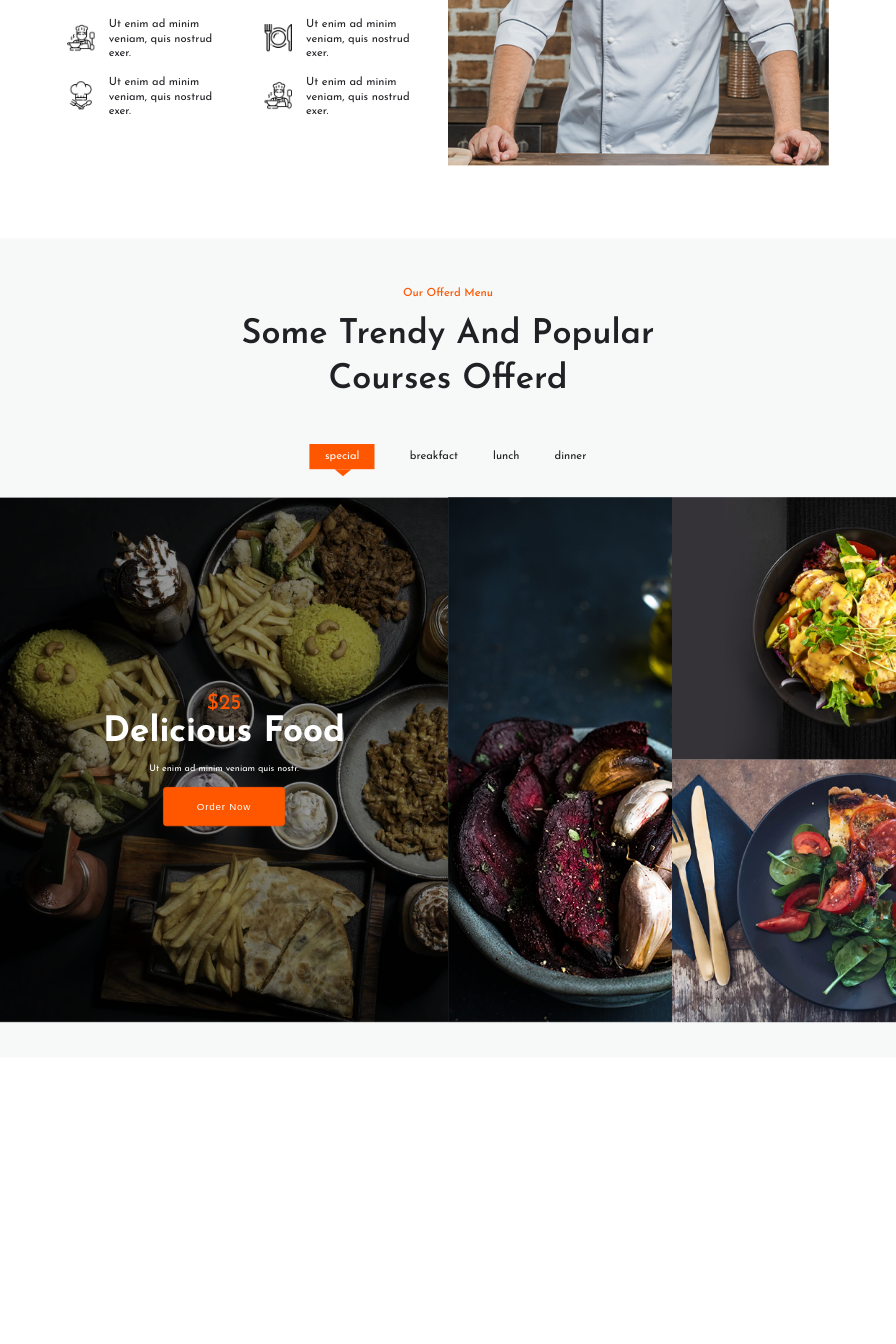
Repository: Ebtehal18/food
Page: index.html
An editor plug-in stored every save of this project. The page is shown before and after the next save, followed by the edit.
The browser window is 1280 px wide. The pictures show the part of the page from y = 1595 to 3515 px (the page is 10000 px tall), at 70% of full size.

Above is the page before, as saved 2024-01-18 15:08:26.

### index.html
<!DOCTYPE html>
<html lang="en">
  <head>
    <meta charset="UTF-8" />
    <meta name="viewport" content="width=device-width, initial-scale=1.0" />
    <title>Food All</title>
    <link rel="preconnect" href="https://fonts.googleapis.com">
    <link rel="preconnect" href="https://fonts.gstatic.com" crossorigin>
    <link href="https://fonts.googleapis.com/css2?family=Josefin+Sans:wght@200;300;400;500;600;700&display=swap" rel="stylesheet">
    <link rel="stylesheet" href="asessets/css/style.css" />
    <link rel="stylesheet" href="asessets/css/External/all.min.css" />
  </head>
  <body>
    <!-- nav bar -->
    <header class="header">
      <div class="logo"><img src="asessets/imgs/logo.png" alt="logo" /></div>
      <label for="checkbox"><i class="fa-solid fa-bars"></i></label>
      <input type="checkbox" id="checkbox">
      <nav class="nav">
        <ul class="nav-list">
          <li class="list-item"><a href="#">Home</a></li>
          <li class="list-item"><a href="#">About</a></li>
          <li class="list-item"><a href="#">Menu</a></li>
          <li class="list-item">
            <a href="#">Blog</a>
            <ul class="dropdown-list">
              <li class="dropdown-item"><a href="#">Blog</a></li>
              <li class="dropdown-item"><a href="#">Blog Details</a></li>
              <li class="dropdown-item"><a href="#">Element</a></li>
            </ul>
          </li>
          <li class="list-item"><a href="#">Contact</a></li>
        </ul>
      </nav>
      <button class="btn btn-nav">Order Online</button>
    </header>

    <!-- hero -->

    <section class="hero">
      <div class="container">
        <div class="row">
         <div class="hero-content">
           <span class="span">Discover Your Teste</span>
          <h1>We belive good food offer great smile</h1>
          <p>
            Ut enim ad minim veniam, quis nostrud exercitation ullamco laboris
            nisi ut aliquip ex ea commodo consequat is aute irure.
          </p>
          <button class="btn-hero">Resurvation</button>
        </div>
          </div>
        </div>
      </div>
    </section>

  <!-- about -->
    <section class="about">
      <div class="container">
        <div class="row">
        <div class="about-content">
          <span class="span">Discover Your Teste</span>
          <h2>We Provide Good Food For Your Family!</h2>
          <p>Ut enim acgsd minim veniam, quxcis nostrud exercitation ullamco laboris nisi ufsit aliquip ex ea commodo consequat is aute irure m, quis nostrud exer.</p>
          <div class="row">
        <div class="about-detail">
          <div class="about-icon">
            <img src="asessets/imgs/cooking.png" alt="cooking">
          </div>
        <p>Ut enim ad minim veniam, quis nostrud exer.</p>
      </div>
        <div class="about-detail">
          <div class="about-icon">
            <img src="asessets/imgs/restaurant.png" alt="cooking">
          </div>
        <p>Ut enim ad minim veniam, quis nostrud exer.</p>
      </div>
        <div class="about-detail">
          <div class="about-icon">
            <img src="asessets/imgs/chef.png" alt="cooking">
          </div>
        <p>Ut enim ad minim veniam, quis nostrud exer.</p>
      </div>
        <div class="about-detail">
          <div class="about-icon">
            <img src="asessets/imgs/cooking.png" alt="cooking">
          </div>
        <p>Ut enim ad minim veniam, quis nostrud exer.</p>
      </div>
          </div>
        </div>
        <div class="about-img">
          <img src="asessets/imgs/about.png" alt="chef's img">
        </div>
        </div>
      </div>
    </section>
    <!-- menu -->
    <section class="menu">
      <div class="container">
        <div class="menu-heading">
          <span class="span">Our Offerd Menu</span>
          <h2>Some Trendy And Popular Courses Offerd</h2>
          <ul class="list-menu">
            <li class="meanu-item"><a href="#">special</a></li>
            <li  class="meanu-item"><a href="#">breakfact</a></li>
            <li  class="meanu-item"><a href="#">lunch</a></li>
            <li  class="meanu-item"><a href="#">dinner</a></li>
          </ul>
        </div>


      </div>
      <div class="grid-menu">
        <div class="menu-img">
          <div class="overlay">
            <span class="span">$25</span>
            <h2>Delicious Food</h2>
            <p>Ut enim ad minim veniam quis nostr.</p>
            <button class="btn-hero">Order Now</button>
          </div>
        </div>
        <div class="menu-img"></div>
        <div class="menu-img"></div>
        <div class="menu-img"></div>

      </div>
    </section>

  </body>
</html>

### asessets/css/style.css
/*
=======================================================
          public styles
======================================================= */
*,
*::after,
*::before {
  margin: 0;
  padding: 0;
  box-sizing: border-box;
}
html,
body {
  overflow-x: hidden;
}
body {
  font-family: "Josefin Sans", sans-serif;
  color: #141517;
  height: 10000px;
}
a {
  text-decoration: none;
}
li {
  list-style: none;
}
.container {
  width: 85%;
  margin: auto;
}
.row {
  display: flex;
  justify-content: space-between;
  align-items: flex-start;
}
.span {
  color: #ff5600;
  font-size: 16px;
  font-weight: 500;
  display: inline-block;
}

@media (max-width: 767px) {
  .row {
    flex-flow: column wrap;
  }
}

/*
=====================================================
            end public styles
=====================================================
 */

/* ===============
        navbar
 ================= */
.header {
  z-index: 999;
  display: flex;
  background-color: #fff;
  position: fixed;
  justify-content: space-around;
  align-items: center;
  top: 0;
  padding: 20px 65px;
  width: 100%;
}
.header .logo {
  width: 46%;
}
.header .nav .nav-list .list-item {
  padding: 0 30px;
  display: inline-block;
}
.header .nav .nav-list .list-item a {
  color: #141517;
  font-weight: 400;
  font-size: 16px;
  text-decoration: none;
}
.header .nav .nav-list .list-item a:hover {
  color: #ff5600;
}
.header .nav .nav-list .list-item:nth-child(4) {
  position: relative;
}
.header .nav .list-item .dropdown-list {
  padding: 10px 15px;
  background-color: #fff;
  position: absolute;
  top: 44px;
  left: -4px;
  opacity: 0;
  transition: all 0.4s ease-in;
  -webkit-transition: all 0.4s ease-in;
  -moz-transition: all 0.4s ease-in;
  -ms-transition: all 0.4s ease-in;
  -o-transition: all 0.4s ease-in;
}
.header .nav .nav-list .list-item:nth-child(4):hover .dropdown-list {
  opacity: 1;
  top: 63px;
}

.header .nav .list-item .dropdown-list li {
  width: 140px;
  display: inline-block;
  margin-bottom: 20px;
}
.header .btn {
  position: relative;
  z-index: 1;
  cursor: pointer;
  color: #464d65;
  outline: none;
  border: 1px solid #ff5600;
  font-size: 14px;
  font-weight: 500;
  background-color: transparent;
  padding: 19px 47px;
  border-radius: 5px;
  -webkit-border-radius: 5px;
  -moz-border-radius: 5px;
  -ms-border-radius: 5px;
  -o-border-radius: 5px;
  transition: all 0.4s ease-in;
  -webkit-transition: all 0.4s ease-in;
  -moz-transition: all 0.4s ease-in;
  -ms-transition: all 0.4s ease-in;
  -o-transition: all 0.4s ease-in;
}
.header .btn::before {
  background-color: #ff5600;
  position: absolute;
  content: "";
  top: 0;
  left: 0;
  height: 0%;
  width: 100%;
  z-index: -1;
  transition: all 0.4s ease-in;
  -webkit-transition: all 0.4s ease-in;
  -moz-transition: all 0.4s ease-in;
  -ms-transition: all 0.4s ease-in;
  -o-transition: all 0.4s ease-in;
}
.header .btn:hover {
  color: #fff;
}
.header .btn:hover::before {
  height: 100%;
}
.header input,
label {
  display: none;
}
@media (max-width: 1100px) {
  .header .logo {
    width: 20%;
  }
}

@media (max-width: 991px) {
  .header {
    justify-content: space-between;
    padding: 10px 20px;
  }
  .header .logo {
    width: 84%;
  }
  .header nav .nav-list {
    display: none;
  }
  .header .nav-list {
    padding: 20px 0;
    left: 0;
    right: 0;
    background-color: #ffb400fa;
    position: absolute;
    top: 100%;
  }

  .header .nav .nav-list .list-item {
    margin-bottom: 20px;
    padding: 0 30px;
    display: block;
  }
  .header .nav .nav-list .list-item a {
    color: #fff;
  }

  .header .nav .nav-list .list-item:nth-child(4):hover .dropdown-list {
    border-radius: 5px;
    left: 30px;
    top: 23px;
    background-color: #ff5600;
    -webkit-border-radius: 5px;
    -moz-border-radius: 5px;
    -ms-border-radius: 5px;
    -o-border-radius: 5px;
  }
  .header .nav .list-item .dropdown-list li {
    display: block;
  }
  .header .nav .list-item .dropdown-list a,
  .header .nav .list-item .dropdown-list a:hover {
    color: #fff;
  }
  .header .btn {
    display: none;
  }
  .header label {
    display: block;
  }
  .header label i {
    font-size: 24px;
  }
  .header input:checked + nav .nav-list {
    display: block;
  }
}

/* ===============
       end  navbar
 ================= */
/* ===============
       hero
 ================= */
.hero {
  display: flex;
  width: 100%;
  height: 1080px;
  background-image: url(../imgs/h1_hero.png);
  background-size: cover;
  background-position: bottom;
}

/* .hero .hero-content {
  margin-top: -237px;
} */

.hero .hero-content h1 {
  margin-top: 40px;
  font-weight: 700;
  color: #212025;
  font-size: 87px;
  width: 80%;
  line-height: 1.4;
}
.hero .hero-content p {
  font-weight: 400;
  margin-bottom: 30px;
  line-height: 1.3;
  width: 44%;
  color: #212025;
  font-size: 16px;
}
 .btn-hero {
  letter-spacing: 1.1px;
  position: relative;
  z-index: 1;
  cursor: pointer;
  color: #fff;
  outline: none;
  border: 1px solid #ff5600;
  font-size: 14px;
  font-weight: 500;
  background-color: #ff5600;
  padding: 19px 47px;
  border-radius: 5px;
  -webkit-border-radius: 5px;
  -moz-border-radius: 5px;
  -ms-border-radius: 5px;
  -o-border-radius: 5px;
  transition: all 0.4s ease-in;
  -webkit-transition: all 0.4s ease-in;
  -moz-transition: all 0.4s ease-in;
  -ms-transition: all 0.4s ease-in;
  -o-transition: all 0.4s ease-in;
}
 .btn-hero::before {
  z-index: -1;
  content: "";
  background-color: rgba(0, 0, 0, 0.6);
  top: 0;
  left: 0;
  width: 0;
  height: 100%;
  position: absolute;
  transition: all 0.4s;
  -webkit-transition: all 0.4s;
  -moz-transition: all 0.4s;
  -ms-transition: all 0.4s;
  -o-transition: all 0.4s;
}
.btn-hero:hover::before {
  filter: grayscale(50%);
  width: 100%;
  -webkit-filter: grayscale(50%);
}
@media (max-width: 1100px) {
  .hero .hero-content {
    margin: 0;
  }
  .hero .hero-content h1 {
    font-size: 60px;
  }
}

@media (max-width: 991px) {
  .hero {
    height: 700px;
  }
  .hero .hero-content {
    margin: 0;
    padding: 206px 0 100px;
  }
  .hero .hero-content .span {
    margin-bottom: 40px;
  }
  .hero .hero-content h1 {
    width: 88%;
    font-size: 50px;
    margin-bottom: 40px;
  }
  .hero .hero-content p {
    line-height: 1.4;
    width: 74%;
  }
}

@media (max-width: 767px) {
  .hero {
    height: 600px;
  }
  .hero .hero-content {
    padding: 100px 0 0;
    margin: 0;
  }
  .hero .hero-content span {
    margin-bottom: 20px;
  }
  .hero .hero-content h1 {
    font-size: 27px;
    width: 100%;
    margin-bottom: 30px;
  }
  .hero .hero-content p {
    margin-bottom: 20px;
    width: 100%;
  }
}

/* about */
.about {
  padding: 100px 0;
}
.about .container .row {
  align-items: center;
}
.about .about-content {
  width: 50%;
}
.about .about-content h2 {
  margin: 15px 0 20px;
  color: #212025;
  font-size: 49px;
  font-weight: 600;
  line-height: 1.4;
  width: 83%;
}
.about .about-content p {
  width: 77%;
  color: #212025;
  font-size: 16px;
  font-weight: 400;
  line-height: 1.3;
}
.about .about-content .row {
  margin-top: 50px;
  display: grid;
  grid-template-columns: repeat(2, 1fr);
  gap: 20px;
}
.about .about-content .row .about-detail {
  display: flex;
  gap: 20px;
  align-items: center;
}
.about .about-content .row .about-detail p {
  width: 69%;
}

.about .row .about-detail .about-icon {
  width: 15%;
}
.about .row .about-detail .about-icon img,
.about .about-img img {
  width: 100%;
}
.about .about-img {
  width: 50%;
}
@media (max-width: 991px) {
  .about {
    padding: 50px 0;
  }
  .about .row {
    flex-flow: row wrap;
  }
  .about .about-content {
    width: 100%;
  }
  .about .about-content h2 {
    width: 100%;
    font-size: 27px;
  }
  .about .about-content .row {
    margin-top: 25px;
    display: grid;
    grid-template-columns: repeat(2, 1fr);
    gap: 20px;
  }
  .about .about-img {
    margin-top: 20px;
    width: 100%;
  }
}

@media (max-width: 767px) {
  .about {
    padding: 40px 0;
  }
  .about .about-content {
    width: 100%;
  }
  .about .about-content h2 {
    width: 100%;
    font-size: 27px;
  }
  .about .about-content .row {
    margin-top: 25px;
    display: grid;
    grid-template-columns: repeat(1, 1fr);
    gap: 20px;
  }
  .about .about-img {
    margin-top: 20px;
    width: 100%;
  }
}
/* menu */
.menu {
  background-image: url(../imgs/section_bg01.png);
  background-size: cover;
  background-position: center center;
  padding: 70px 0 50px;
}
.menu .menu-heading {
  text-align: center;
}
/* .menu .menu-heading span {
  margin-bottom: 20px;
} */
.menu .menu-heading h2 {
  line-height: 1.3;
  margin: auto;
  width: 59%;
  color: #212025;
  font-size: 49px;
  font-weight: 600;
  margin-top: 20px;
}
.menu .menu-heading .list-menu {
  margin-top: 70px;
  display: flex;
  justify-content: center;
  gap: 50px;
}
}
.menu .menu-heading .list-menu li a{
  text-transform: uppercase;

}

.menu .menu-heading .list-menu li:not(:first-child) a {
  z-index: 1;
  font-weight: 400;
  font-size: 16px;
  color: #1b1b1b;
  text-decoration: none;
}

.menu .menu-heading .list-menu li:first-child a {
  background-color: #ff5600;
  padding: 10px 22px;
  position: relative;
  color: #fff;
}
.menu .menu-heading .list-menu li:first-child a::before {
  top: 36px;
  left: 38%;
  content: "";
  position: absolute;
  width: 0;
  height: 0;
  border-bottom: 12px solid transparent;
  border-top: 10px solid #ff5600;
  border-left: 12px solid transparent;
  border-right: 12px solid transparent;
}



.menu .grid-menu{
  margin-top: 50px;
  display: grid;
  grid-template-columns: repeat(4,1fr);
  grid-template-rows: repeat(2,1fr);
}
.menu .grid-menu .menu-img {
  overflow: hidden;
  position: relative;
}
.menu .grid-menu .menu-img .overlay{
 width: 100%;
 height: 100%;
 display: flex;
 align-items: center;
 justify-content: center;
 flex-direction: column;
 position: absolute;
 z-index: 1;
 text-align: center;
  background-color: rgba(0, 0, 0, 0.4);
 /* opacity: 0; */
 transition:all 0.3s ease-in ;
 -webkit-transition:all 0.3s ease-in ;
 -moz-transition:all 0.3s ease-in ;
 -ms-transition:all 0.3s ease-in ;
 -o-transition:all 0.3s ease-in ;
 /* bottom: -750px; */
}
.menu .grid-menu .menu-img:hover .overlay{
  bottom: 0;
  opacity: 1;
}
.menu .grid-menu .menu-img .overlay .span{
  font-size: 30px;
}
.menu .grid-menu .menu-img .overlay h2{
  color: #fff;
font-size: 50px;
font-weight: 700;
margin-bottom: 20px;

}
.menu .grid-menu .menu-img .overlay p{
      margin-bottom: 20px;
      color: #fff;
      font-size: 13px;
}

.menu .grid-menu .menu-img:nth-child(1){
  grid-column: 1/3;
  grid-row: 1/-1;
  background-image: url(../imgs/gallery1.png);
  background-size: cover;
  background-position: bottom;
  min-height: 730px;
}

.menu .grid-menu .menu-img:nth-child(2){
  background-image: url(../imgs/gallery2.png);
  background-size: cover;
  background-position: left;
  min-height: 730px;
  grid-row: 1/-1;

}
.menu .grid-menu .menu-img:nth-child(3) {
  background-image: url(../imgs/gallery3.png);
  background-size: cover;
  background-position: left;
  min-height: 375px;

}
.menu .grid-menu .menu-img:nth-child(4) {
  background-image: url(../imgs/gallery4.png);
  background-size: cover;
  background-position: left;
  min-height: 375px;
}
.menu .grid-menu .menu-img:nth-child(1):hover{


}

Loaded but not shown: asessets/css/External/all.min.css (library)

After the next save:
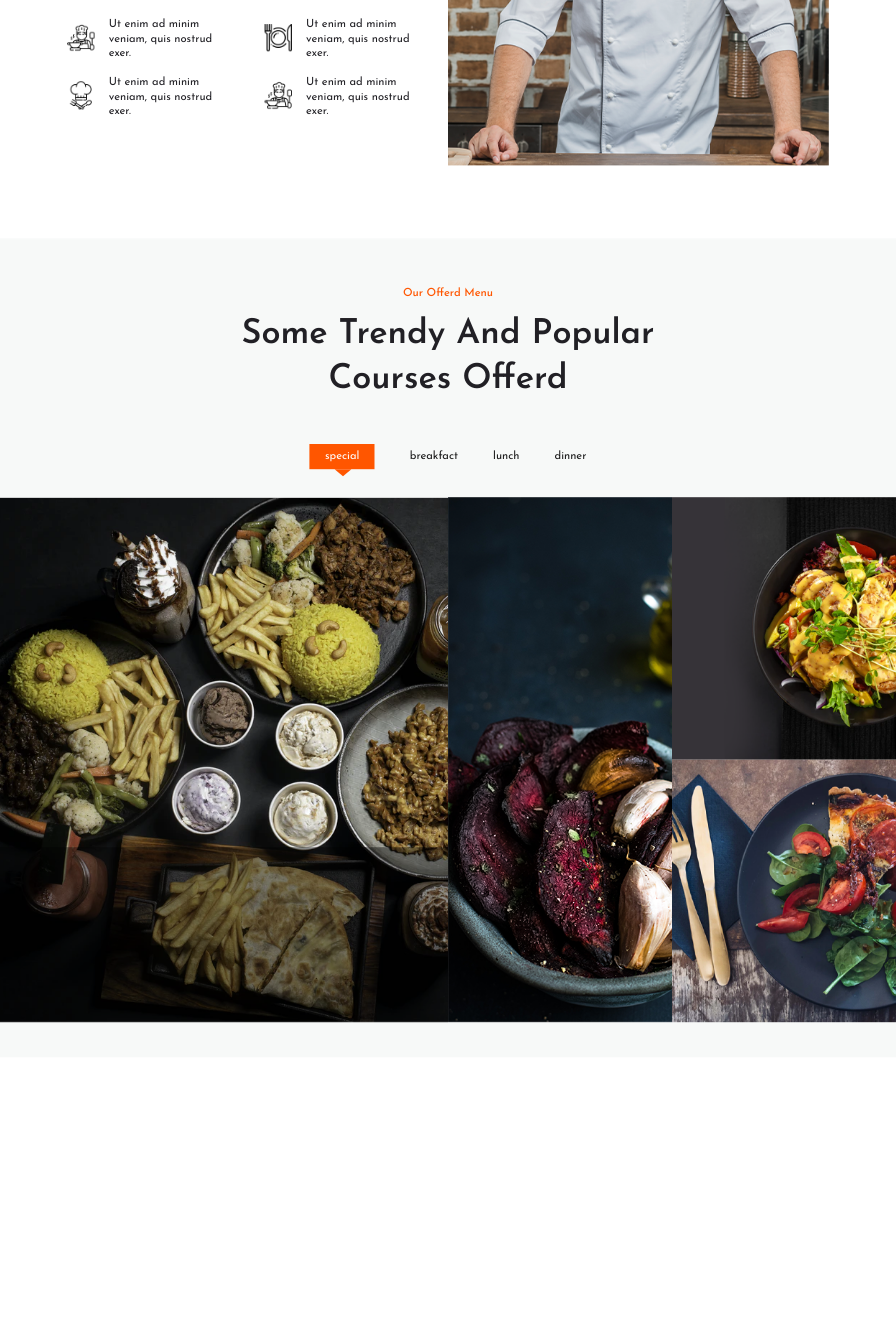
Saved 2 min 20 s later.
--- a/asessets/css/style.css
+++ b/asessets/css/style.css
@@ -540,12 +540,23 @@
  -moz-transition:all 0.3s ease-in ;
  -ms-transition:all 0.3s ease-in ;
  -o-transition:all 0.3s ease-in ;
- /* bottom: -750px; */
+ bottom: -500px;
 }
 .menu .grid-menu .menu-img:hover .overlay{
-  bottom: 0;
-  opacity: 1;
-}
+  /* bottom: 0;
+  opacity: 1; */
+  animation-name: animation;
+}
+@keyframes animation {
+  0%{
+    opacity: 1;
+    bottom: 0;
+  }
+  100%{
+
+  }
+}
+
 .menu .grid-menu .menu-img .overlay .span{
   font-size: 30px;
 }

After the 2 saves that followed:
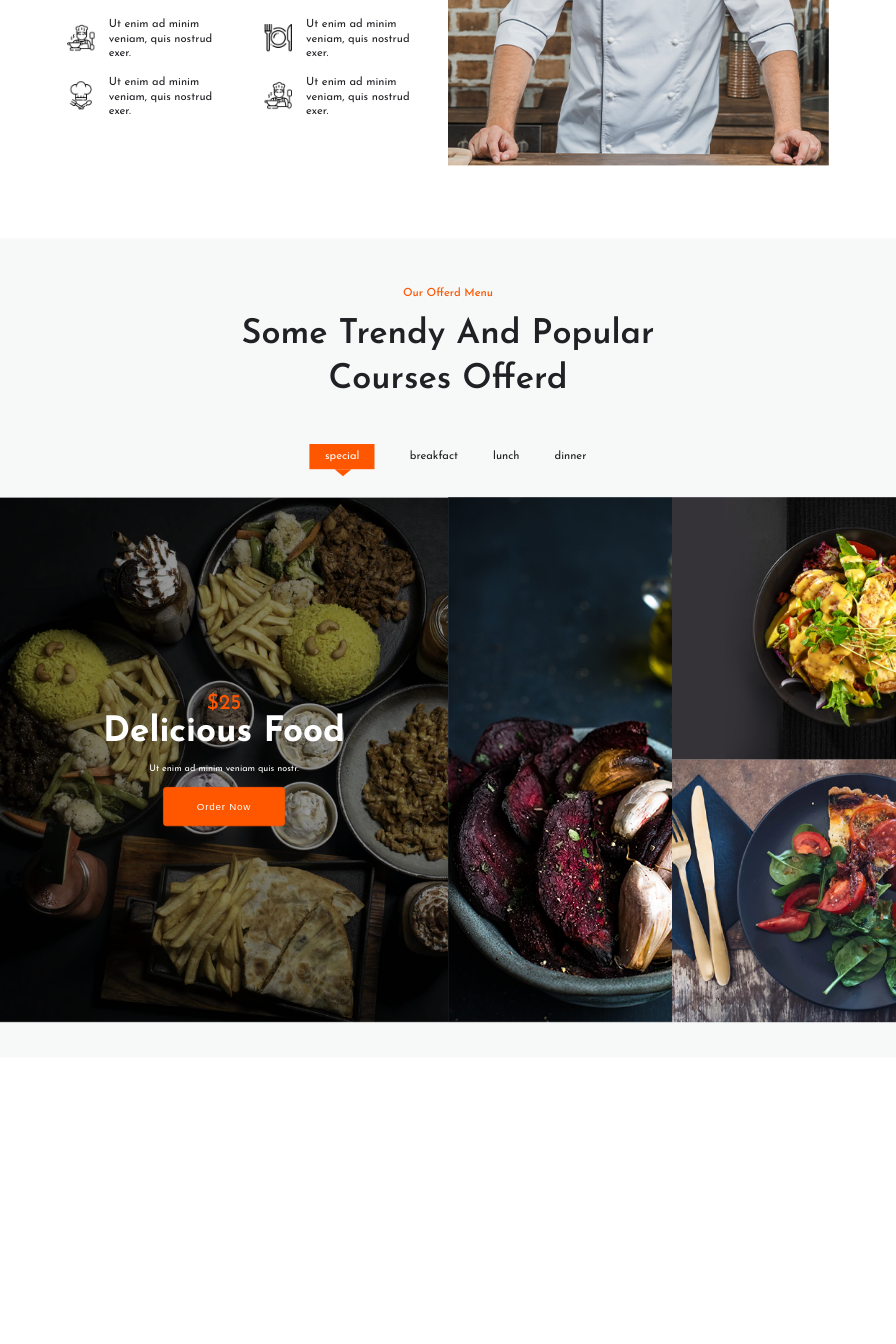
The 2 saves are shown as one change because 1 left the picture as it was.
The last was saved 71 s later.
--- a/asessets/css/style.css
+++ b/asessets/css/style.css
@@ -540,12 +540,14 @@
  -moz-transition:all 0.3s ease-in ;
  -ms-transition:all 0.3s ease-in ;
  -o-transition:all 0.3s ease-in ;
- bottom: -500px;
+ /* bottom: -500px; */
 }
 .menu .grid-menu .menu-img:hover .overlay{
   /* bottom: 0;
   opacity: 1; */
   animation-name: animation;
+  animation-duration: 0.4s;
+  animation-iteration-count: infinite;
 }
 @keyframes animation {
   0%{
@@ -553,7 +555,8 @@
     bottom: 0;
   }
   100%{
-
+    opacity: 1;
+    bottom: 0;
   }
 }
 
